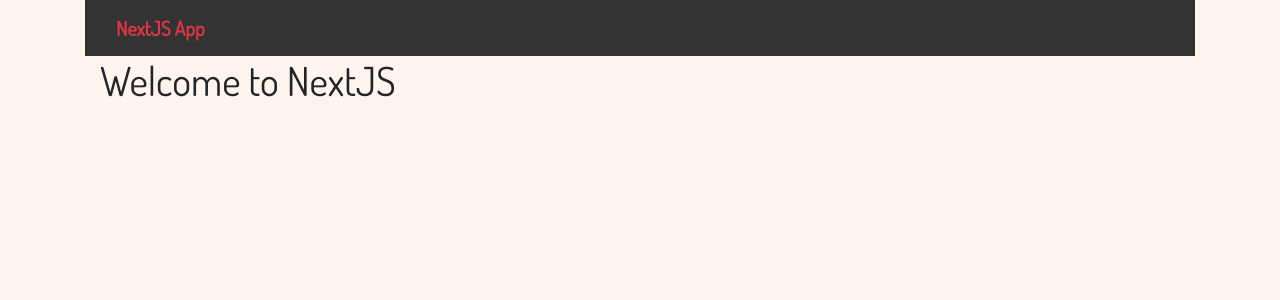
Repository: CaptainStorm21/NextJS-React16
Page: /
The author's editor kept a copy of each file at every save. The page is drawn from the files as they stood at one save, then again after the next save.
The browser window is 1280 px wide. The pictures show the whole page.
The page's requests for data from a server got no answer. The project was rebuilt for these pictures with package versions that can differ from the ones it lists, and the page was loaded fresh each time. The framework's server and built-in components were replaced by stand-ins that run in the browser. No one was signed in, and anything a server would have sent is missing. Also part of the build but not shown: styles/main.css.

Above is the page before, as saved 2020-06-10 17:35:43.

### pages/index.js
import React, { Component } from "react";
import axios from "axios";
import MainLayout from "../components/layouts/MainLayout";
// import '../styles/main.css'
import MyStyle from '../styles/main.css';

export default class Home extends Component {
  static async getInitialProps({ pathname, query, asPath, req, res }) {
    let userData;

    try {
      const response = await axios.get(
        "http://jsonplaceholder.typicode.com/users/1"
      );
      userData = response.data;
      // console.log('getting loaded first')
      // console.log(userData)
    } catch {
      console.log("error");
    }
    // const request = axios.get('http://jsonplaceholder.typicode.com/users/1')
    //   .then(response => {
    //                             console.log(response.data)
    //                           })
    // console.log(context);

    console.log(pathname);
    console.log(res);
    console.log(req);

    return {
      user: {
        name: "Francis",
        lastName: "Medici",
      },
      userData,
    };
  }
  constructor(props) {
    super(props);
    // console.log("constructor");
    console.log(this.props.user);
    this.state = {
      user: this.props.user,
      userData: this.props.userData,
    };
  }
  render() {
    console.log(this.props.user);
    console.log(this.state);
    return (
      <>
        <MainLayout>
          <h1 className={MyStyle.superAwesome}>Welcome to NextJS</h1>
        </MainLayout>
      </>
    );
  }
}

### components/layouts/MainLayout.js
import React from "react";
import Header from "../includes/Header";
import Head from "next/head";

const mainLayout = (props) => (
  <>
    <Head>
      <title>Welcomet NextJS App</title>
      <link href="#" rel="stylesheet" />
      <link
        href="https://fonts.googleapis.com/css2?family=Dosis&display=swap"
        rel="stylesheet"
      />
      <link
        href="https://cdnjs.cloudflare.com/ajax/libs/twitter-bootstrap/4.3.1/css/bootstrap.min.css"
        rel="stylesheet"
      />
      <link href="/static/css/styles.css" rel="stylesheet" />
    </Head>
    <div className="mainLayout container">
      <Header />
      <div className="container">{props.children}</div>
    </div>
  </>
);

export default mainLayout;

### components/includes/Header.js
import React, { Component } from "react";
import Link from "next/link";

const Header = () => (
  <>
    <header>
      <div className="container">
        <nav className="navbar navbar-expand-lg navbar-light">
          <Link href="/">
            <a className="navbar-brand">NextJS App</a>
          </Link>
        </nav>

        <div className="collapase navbar-collapse">
          <div className="navbar-nav">

          </div>
        </div>
      </div>
    </header>
    <nav>
      {/* <Link href="/">
        <a>Home</a>
      </Link>
      <Link href="/contact">
        <a>Contact</a>
      </Link>
      <Link href="/about">
        <a>About</a>
      </Link>
      <Link href="/users">
        <a>Users</a>
      </Link> */}
    </nav>
  </>
);

export default Header;

### static/css/styles.css
.contact_static {
  color: green;
  background-color: yellow;
}

header {
  background: #333333;
}

header .navbar-brand {
  color: #dc3545 !important;
  font-weight: 900;
}

header .navbar-nav .nav-item {
  color: #ffffff !important;
}

body {
  font-family: "Dosis", sans-serif;
  background-color:  seashell;
}

After the next save:
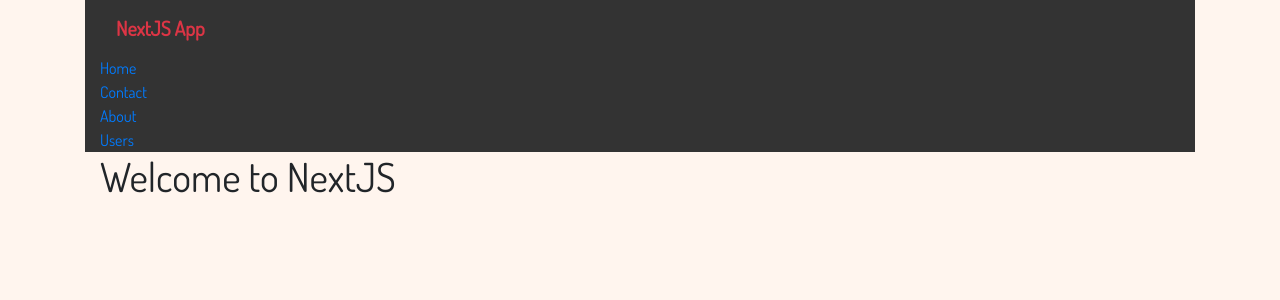
Saved 6 s later.
--- a/components/includes/Header.js
+++ b/components/includes/Header.js
@@ -13,7 +13,18 @@ const Header = () => (
 
         <div className="collapase navbar-collapse">
           <div className="navbar-nav">
-
+            <Link href="/">
+              <a>Home</a>
+            </Link>
+            <Link href="/contact">
+              <a>Contact</a>
+            </Link>
+            <Link href="/about">
+              <a>About</a>
+            </Link>
+            <Link href="/users">
+              <a>Users</a>
+            </Link>
           </div>
         </div>
       </div>
